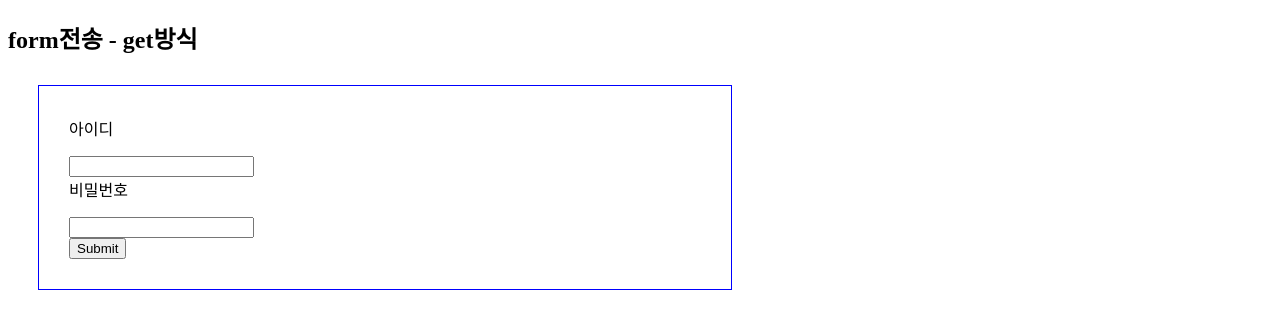
Repository: windy9109/FrontendClass
Page: webpro/src/main/webapp/0225/formDate.html
An editor plug-in stored every save of this project. The page is shown before and after the next save, followed by the edit.
The browser window is 1280 px wide. The pictures show the whole page.

Above is the page before, as saved 2022-02-25 05:46:05.

After the next save:
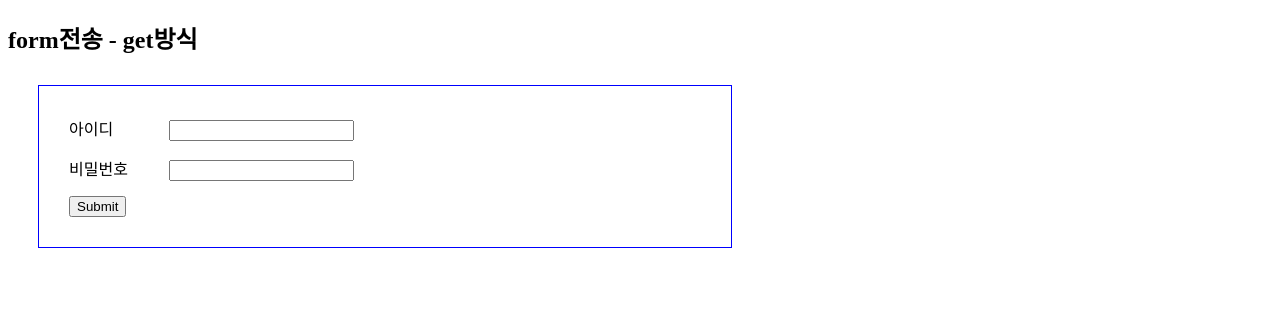
Saved 51 s later.
--- a/webpro/src/main/webapp/0225/formDate.html
+++ b/webpro/src/main/webapp/0225/formDate.html
@@ -13,7 +13,7 @@ width:50%;
 label{
 /* 인라인 요소에 크기조절
 	display : inline block */
-display: block;
+display: inline-block;
 width:100px;
 height: 40px;
 }
